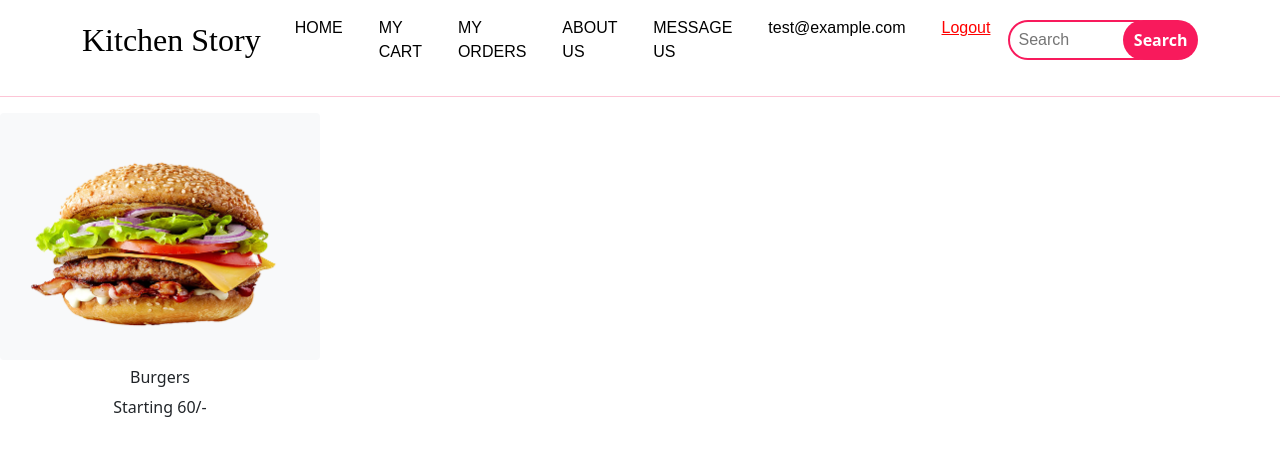
Repository: manishmachha/project-kitchenStory
Page: http://localhost/Phase_4_Kitchen_Story/products.jsp
These files come from the project's save history. The page is drawn as it stood at one moment and after the next save; the edit follows.
The browser window is 1280 px wide. The pictures show the whole page.
Some web fonts or font styles are not loaded; a fallback is used. Some web libraries are served in a nearby version. The page is served by Tomcat 10. The session is filled in as if someone had signed in: {"email": "test@example.com"}.

Above is the page before, as saved 2022-03-11 05:49:32.

After the next save:
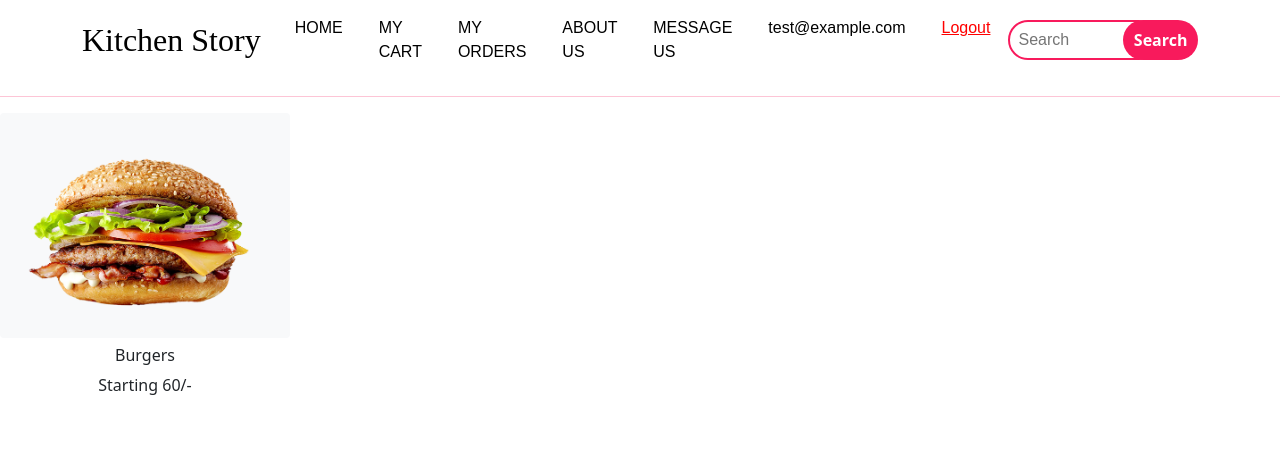
Saved 35 s later.
--- a/Phase 4 Kitchen Story/src/main/webapp/products.jsp
+++ b/Phase 4 Kitchen Story/src/main/webapp/products.jsp
@@ -11,7 +11,7 @@
 <link rel="stylesheet" href="css/indexStyle.css">
 </head>
 <body>
-	<div class="col-lg-3 text-center">
+	<div class="col-lg-3 text-center" style="padding-right: 30px">
 		<div class="card border-0 bg-light mb-2">
 			<div class="card-body">
 				<a href="products.jsp"><img src="images/burger-trending.png"

After the save that followed:
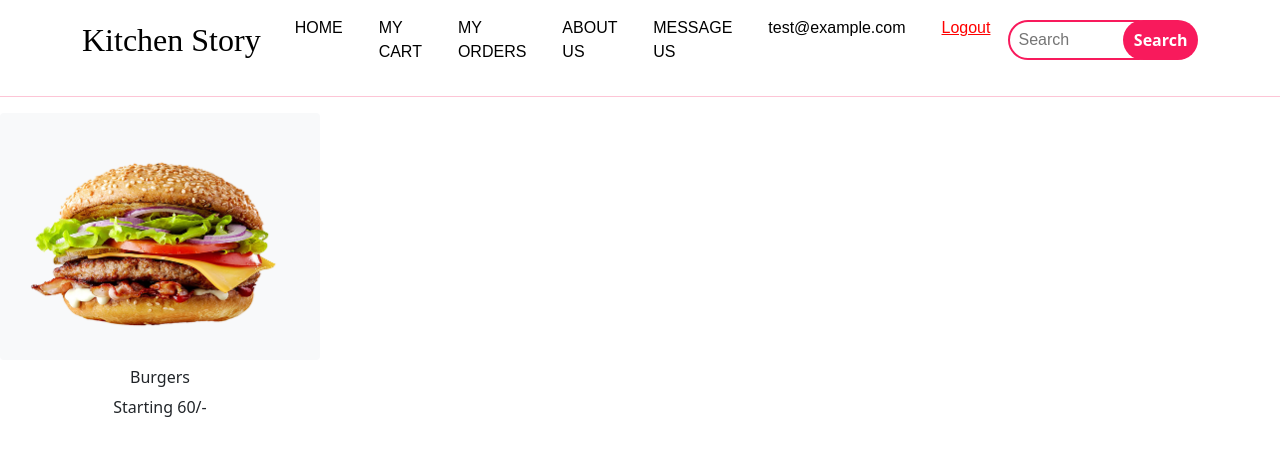
Saved 9 s later.
--- a/Phase 4 Kitchen Story/src/main/webapp/products.jsp
+++ b/Phase 4 Kitchen Story/src/main/webapp/products.jsp
@@ -11,7 +11,7 @@
 <link rel="stylesheet" href="css/indexStyle.css">
 </head>
 <body>
-	<div class="col-lg-3 text-center" style="padding-right: 30px">
+	<div class="col-lg-3 text-center">
 		<div class="card border-0 bg-light mb-2">
 			<div class="card-body">
 				<a href="products.jsp"><img src="images/burger-trending.png"
